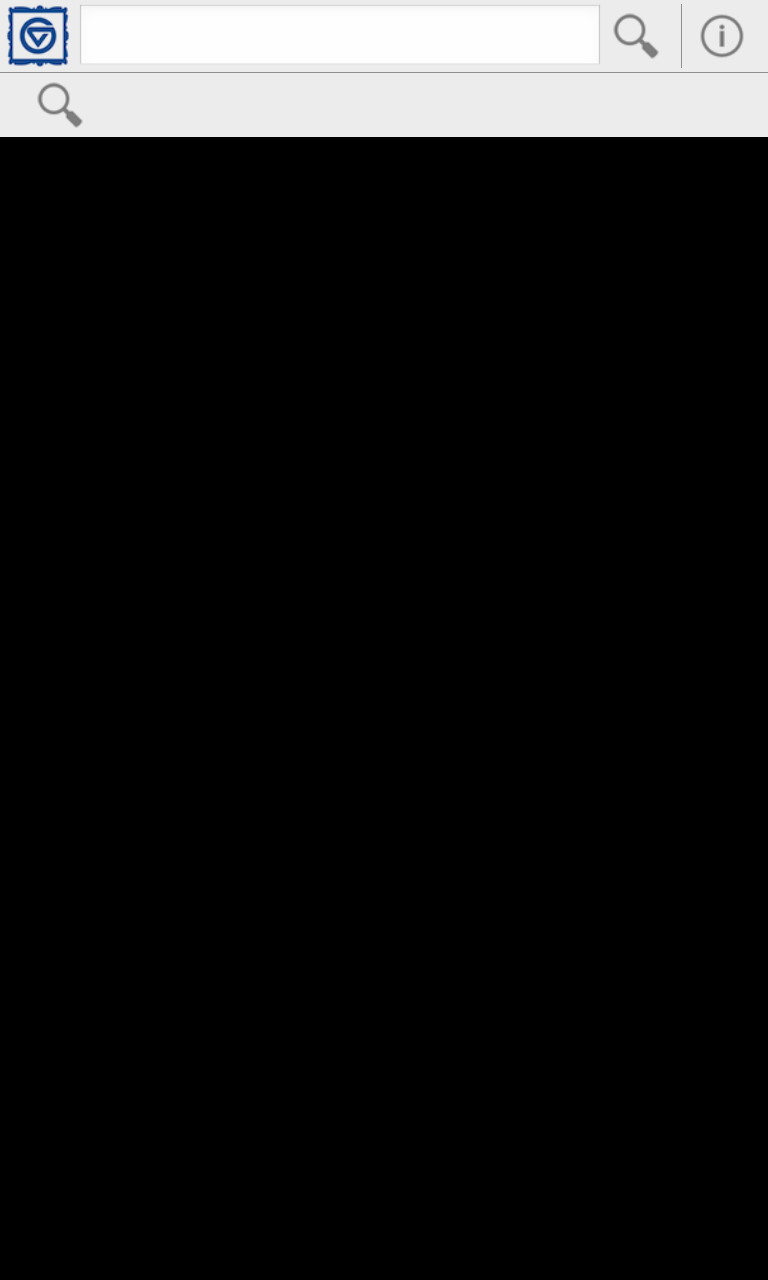
Repository: markminuth/Art-at-GVSU-Android-edition
Layout: version1.0/res/layout/search.xml
The author's editor kept a copy of each file at every save. The layout is drawn from the files as they stood at one save, then again after the next save.
It is drawn on a 768 x 1280 px phone screen (xhdpi) without system bars, with theme android:Theme.NoTitleBar; the app's code is not run. Lists and similar views that code fills are empty.

Above is the layout before, as saved 2012-04-12 07:07:10.

After the next save:
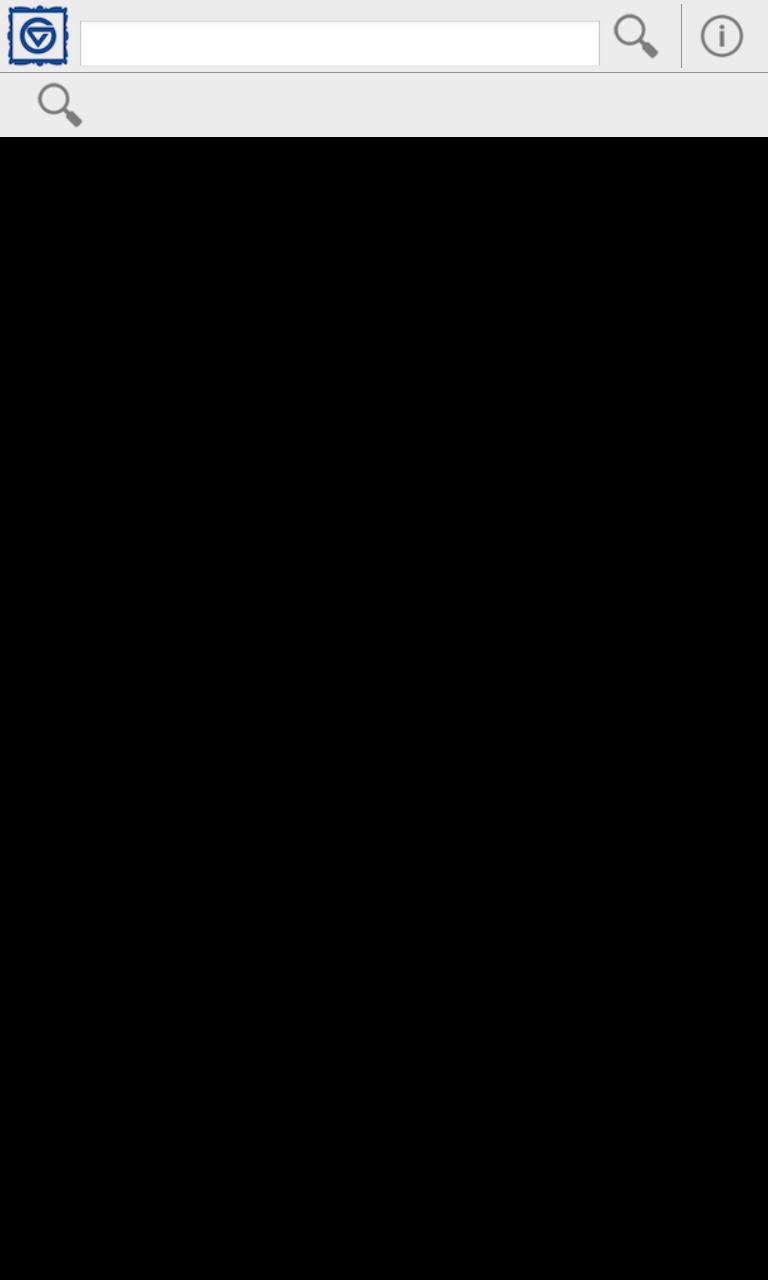
Saved 80 s later.
--- a/version1.0/res/layout/search.xml
+++ b/version1.0/res/layout/search.xml
@@ -52,7 +52,7 @@
             android:layout_width="260dp"
             android:layout_height="wrap_content"
             android:layout_alignParentTop="true"
-            android:layout_marginTop="2dp"
+            android:layout_marginTop="10dp"
             android:layout_toLeftOf="@+id/searchIcon"
             android:layout_toRightOf="@+id/imageView2" />
 
